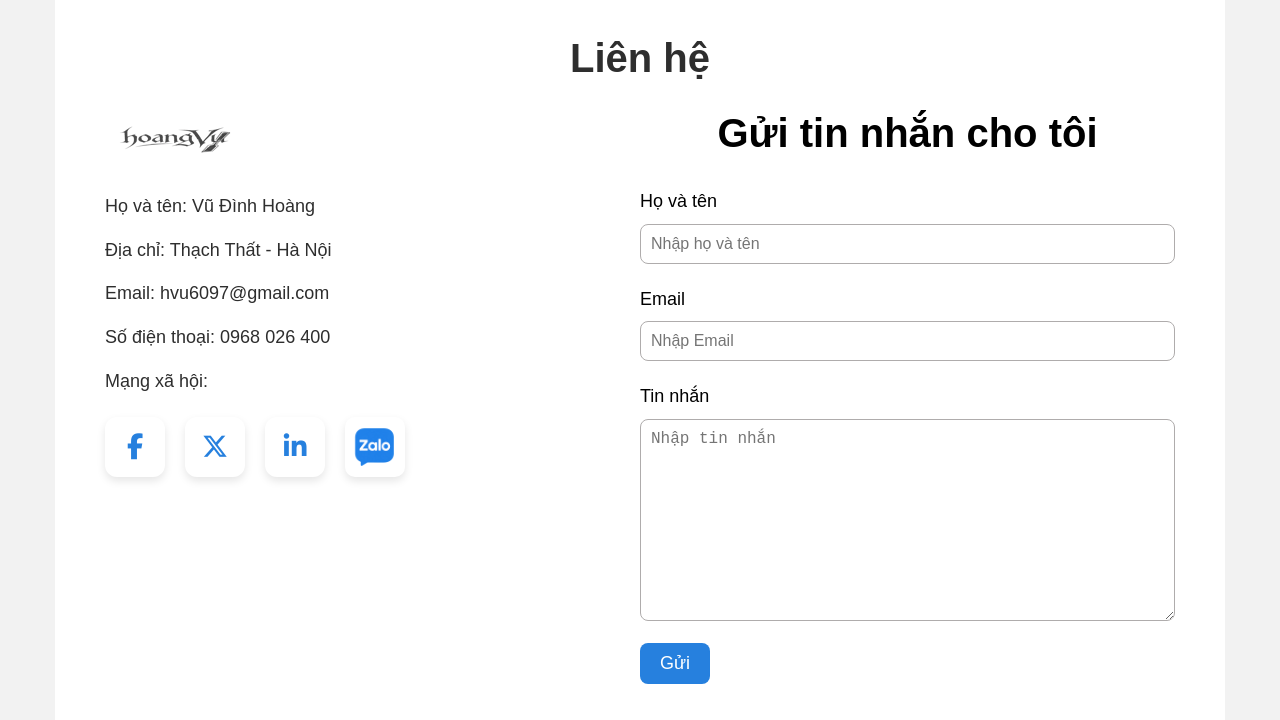
Repository: hoang28092000/portfolio
Page: pages/contact.html
These files come from the project's save history. The page is drawn as it stood at one moment and after the next save; the edit follows.
The browser window is 1280 px wide. The pictures show the whole page.

Above is the page before, as saved 2025-04-12 01:19:27.

After the next save:
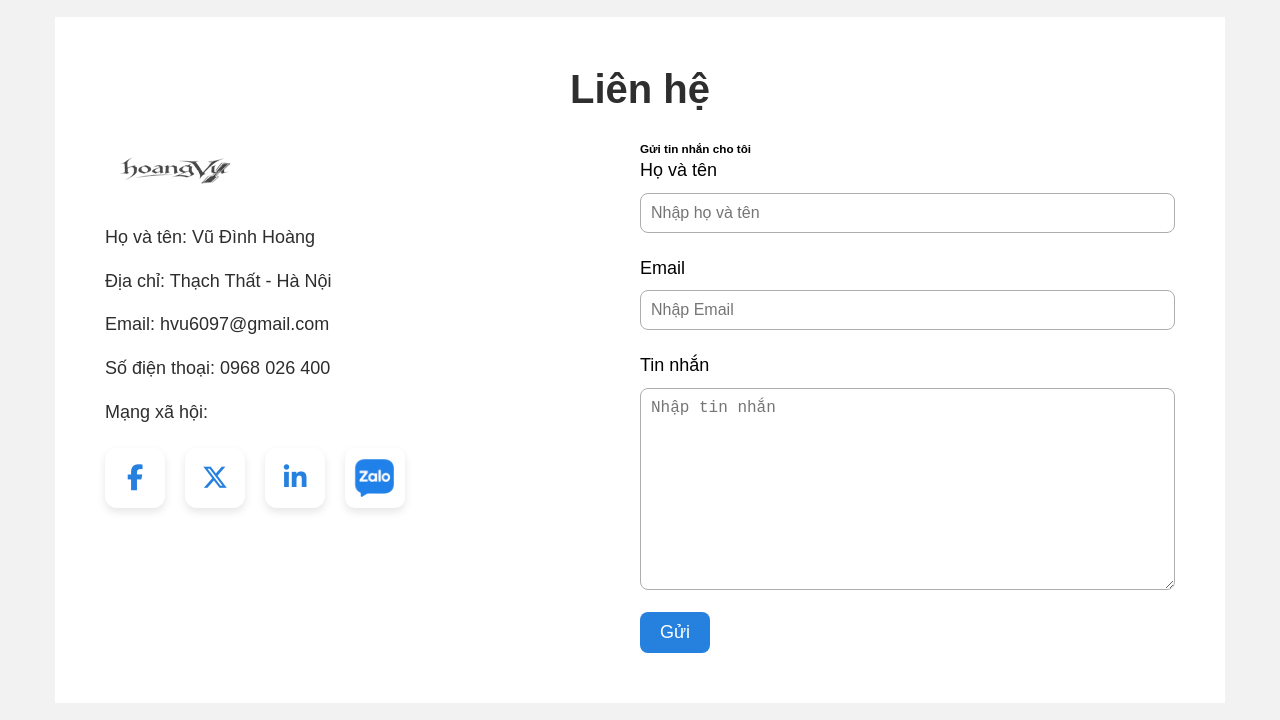
Saved 5 s later.
--- a/pages/contact.html
+++ b/pages/contact.html
@@ -57,7 +57,7 @@
           </div>
 
           <div class="contact-right">
-            <h3 class="title-contact">Gửi tin nhắn cho tôi</h3>
+            <h3 class="title-contact-form">Gửi tin nhắn cho tôi</h3>
             <form action="" class="form-contact">
               <div class="input-contact">
                 <label for="name" class="label-contact">Họ và tên</label>
